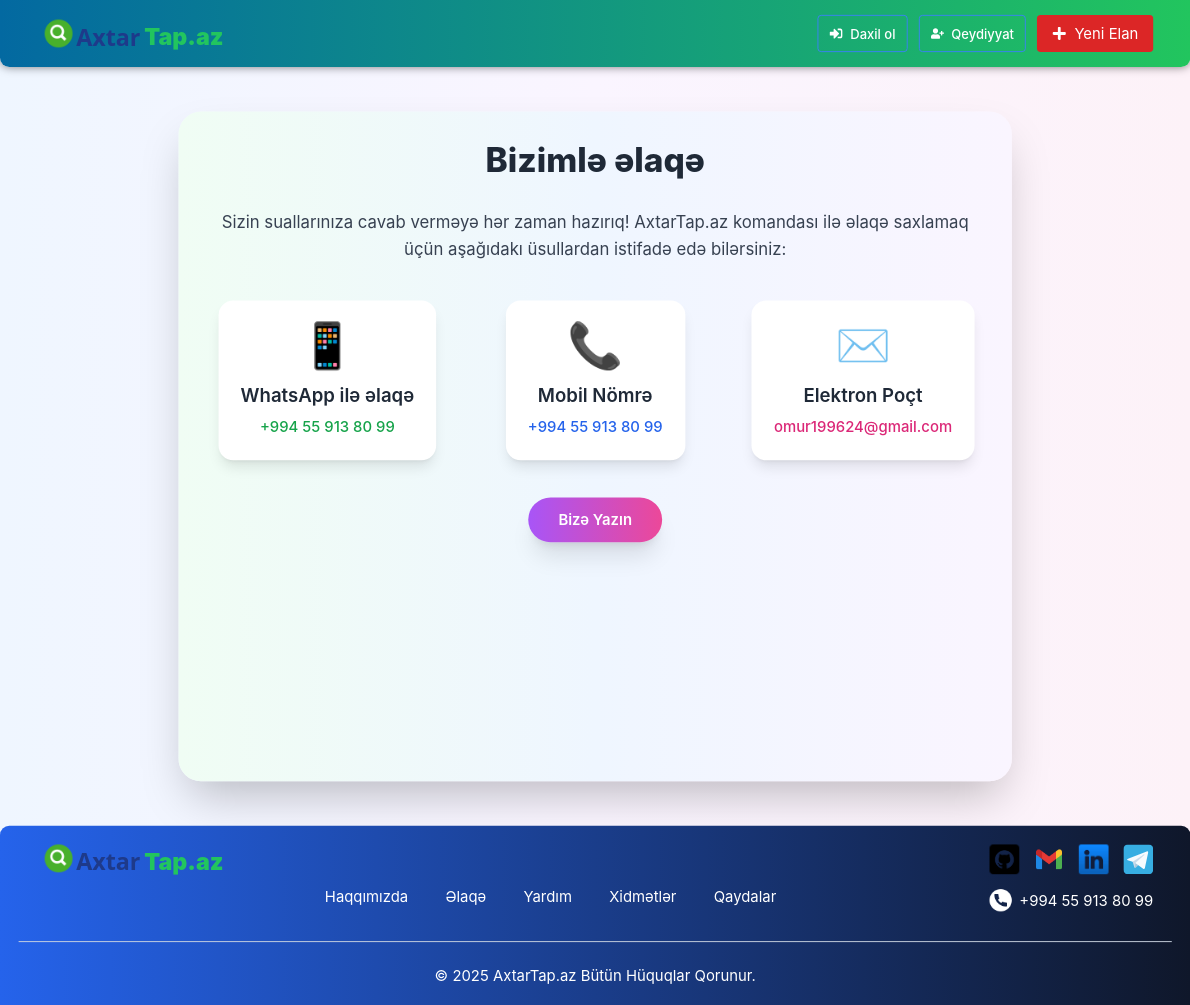
Repository: Omur56/AxtarTap.az
Page: /contact
An editor plug-in stored every save of this project. The page is shown before and after a run of saves, followed by the edit.
The browser window is 1280 px wide. The pictures show the whole page, at 93% of full size.
The project was rebuilt for these pictures with package versions that can differ from the ones it lists, and the page was loaded fresh each time. Some packages were replaced by stand-ins written for this rebuild. Also part of the build but not shown: src/pages/Katalog/Cateqories/index.jsx, src/pages/Katalog/index.jsx, src/pages/About/index.jsx, src/pages/Qaydalar/index.jsx, src/pages/Yardım/index.jsx, src/pages/Xidmetler/index.jsx, src/pages/Home/index.jsx, src/components/CreatePostNeqliyyat/index.jsx and 32 more.

Above is the page before, as saved 2025-08-21 19:40:56.

After the next 2 saves:
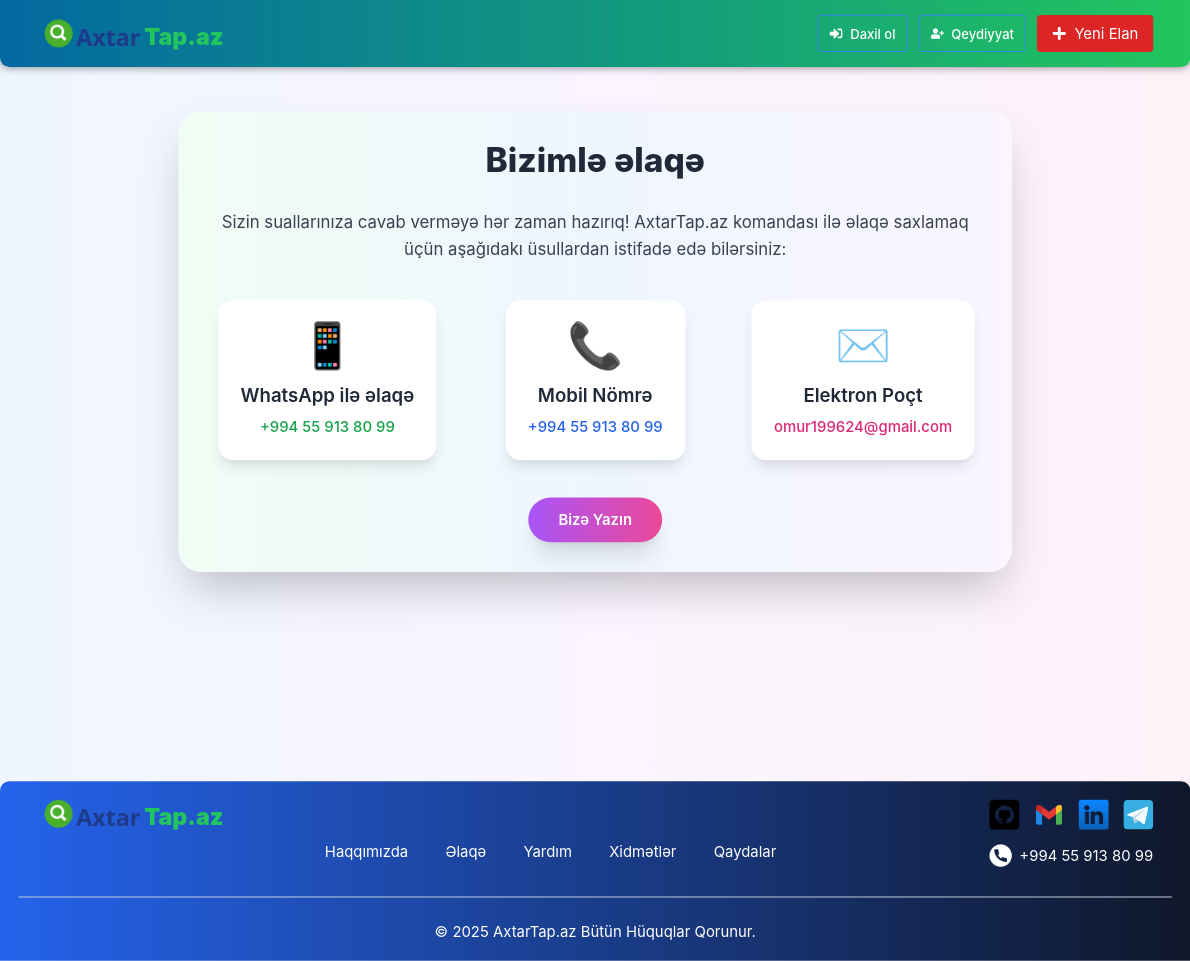
The 2 saves are shown as one change because they came seconds apart.
The last was saved 14 s later.
--- a/src/pages/Contact/index.jsx
+++ b/src/pages/Contact/index.jsx
@@ -3,8 +3,8 @@
 
 const Contact = () => {
     return (
-        <div className="">
-            <div className="max-w-4xl mx-auto p-8 mt-12 mb-12 min-h-screen  bg-gradient-to-r from-green-50 via-blue-50 to-purple-50 rounded-3xl shadow-2xl">
+        <div className="min-h-screen">
+            <div className="max-w-4xl mx-auto p-8 mt-12 mb-12   bg-gradient-to-r from-green-50 via-blue-50 to-purple-50 rounded-3xl shadow-2xl">
   <h2 className="text-4xl font-extrabold text-gray-800 mb-8 text-center">Bizimlə əlaqə</h2>
 
   <p className="text-gray-700 text-lg leading-relaxed text-center mb-10">
